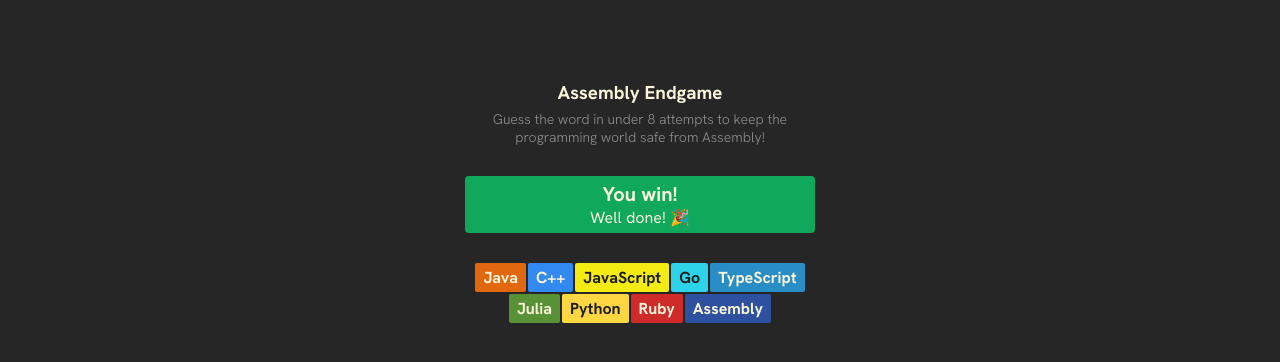
Repository: AchrafAzzaoui/AssemblyEndgame
Page: / (app in assembly-endgame/)
The author's editor kept a copy of each file at every save. The page is drawn from the files as they stood at one save, then again after the next save.
The browser window is 1280 px wide. The pictures show the whole page.
The project was rebuilt for these pictures with package versions that can differ from the ones it lists, and the page was loaded fresh each time. Also part of the build but not shown: assembly-endgame/vite.config.js.

Above is the page before, as saved 2024-12-25 14:36:13.

### assembly-endgame/index.html
<!DOCTYPE html>
<html lang="en">
  <head>
    <meta charset="UTF-8" />
    <link rel="icon" type="image/svg+xml" href="/vite.svg" />
    <meta name="viewport" content="width=device-width, initial-scale=1.0" />
    <link
      href="https://fonts.googleapis.com/css2?family=Hanken+Grotesk:wght@300;400;500;600;700&display=swap"
      rel="stylesheet"
    />
    <title>Assembly Endgame</title>
  </head>
  <body>
    <div id="root"></div>
    <script type="module" src="/src/main.jsx"></script>
  </body>
</html>

### assembly-endgame/src/index.css
* {
  margin: 0;
  padding: 0;
  box-sizing: border-box;
}
body {
  font-family: "Hanken Grotesk", sans-serif;
  background-color: #262626;
  color: #d9d9d9;
  padding: 80px 40px;
  height: 100vh;
  display: flex;
  justify-content: center;
}

header {
  text-align: center;
}

.game-title {
  color: #f9f4da;
}
.game-description {
  margin-top: 5px;
  font-weight: 300;
  color: #8e8e8e;
  font-size: 0.875rem;
  max-width: 350px;
}
.game-description,
.game-title {
  text-align: center;
}

/* status */
.game-status {
  width: 100%;
  max-width: 450px;
  background-color: #10a95b;
  color: #f9f4da;
  display: flex;
  flex-direction: column;
  justify-content: space-evenly;
  align-items: center;
  padding: 5px 20px;
  margin: 20px 0;
  border-radius: 4px;
  margin-block: 30px;
}

.game-status h2 {
  font-size: 1.25rem;
  /* margin: 5px; */
}

/* language tags */
.language-tags-container {
  display: flex;
  justify-content: center;
  flex-wrap: wrap;
  gap: 2px;
  max-width: 350px;
}

.language-tag {
  padding: 0.25rem 0.5rem;
  border-radius: 2px;
}

main {
  width: 100%;
  max-width: 600px;
  display: flex;
  flex-direction: column;
  align-items: center;
}

### assembly-endgame/src/App.jsx
import { useState } from "react";
import Status from "./components/Status.jsx";
import LanguageTags from "./components/LanguageTags.jsx";

export default function App() {
  return (
    <main>
      <header>
        <h3 className="game-title">Assembly Endgame</h3>
        <p className="game-description">
          Guess the word in under 8 attempts to keep the programming world safe
          from Assembly!
        </p>
      </header>
      <Status />
      <LanguageTags />
    </main>
  );
}

### assembly-endgame/src/components/Status.jsx
import { useState } from "react";

export default function Status() {
  return (
    <div className="game-status">
      <h2>You win!</h2>
      <p>Well done! 🎉</p>
    </div>
  );
}

### assembly-endgame/src/components/LanguageTags.jsx
import { useState } from "react";
import { languages } from "../data/languages.js";

export default function LanguageTags() {
  const languageTags = languages.map((language) => {
    const { name, backgroundColor, color } = language;
    return (
      <div
        className="language-tag"
        style={{ backgroundColor: backgroundColor, color: color }}
      >
        <h4>{name}</h4>
      </div>
    );
  });
  return <div className="language-tags-container">{languageTags}</div>;
}

### assembly-endgame/src/data/languages.js
export const languages = [
  {
    name: "Java",
    backgroundColor: "#E2680F",
    color: "#F9F4DA",
  },
  {
    name: "C++",
    backgroundColor: "#328AF1",
    color: "#F9F4DA",
  },
  {
    name: "JavaScript",
    backgroundColor: "#F4EB13",
    color: "#1E1E1E",
  },
  {
    name: "Go",
    backgroundColor: "#2ED3E9",
    color: "#1E1E1E",
  },
  {
    name: "TypeScript",
    backgroundColor: "#298EC6",
    color: "#F9F4DA",
  },
  {
    name: "Julia",
    backgroundColor: "#599137",
    color: "#F9F4DA",
  },
  {
    name: "Python",
    backgroundColor: "#FFD742",
    color: "#1E1E1E",
  },
  {
    name: "Ruby",
    backgroundColor: "#D02B2B",
    color: "#F9F4DA",
  },
  {
    name: "Assembly",
    backgroundColor: "#2D519F",
    color: "#F9F4DA",
  },
];

### assembly-endgame/src/components/WordDisplay.jsx
import { useState } from "react";

export default function WordDisplay() {}

Loaded but not shown: assembly-endgame/src/main.jsx (common file)

After the next save:
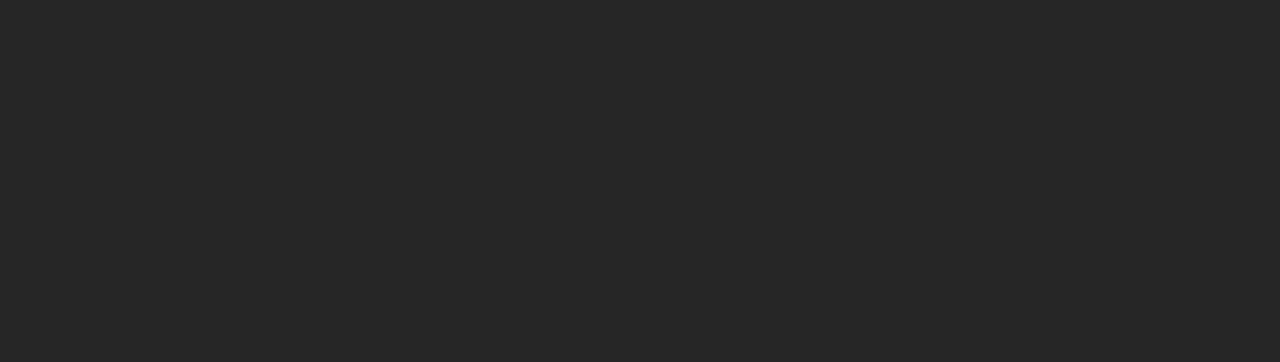
Console error: ReferenceError: WordDisplay is not defined
Saved 54 s later.
--- a/assembly-endgame/src/App.jsx
+++ b/assembly-endgame/src/App.jsx
@@ -3,6 +3,8 @@
 import LanguageTags from "./components/LanguageTags.jsx";
 
 export default function App() {
+  const [currentWord, setcurrentWord] = useState("");
+
   return (
     <main>
       <header>
@@ -14,6 +16,7 @@
       </header>
       <Status />
       <LanguageTags />
+      <WordDisplay currentWord={currentWord} />
     </main>
   );
 }

After the 2 saves that followed:
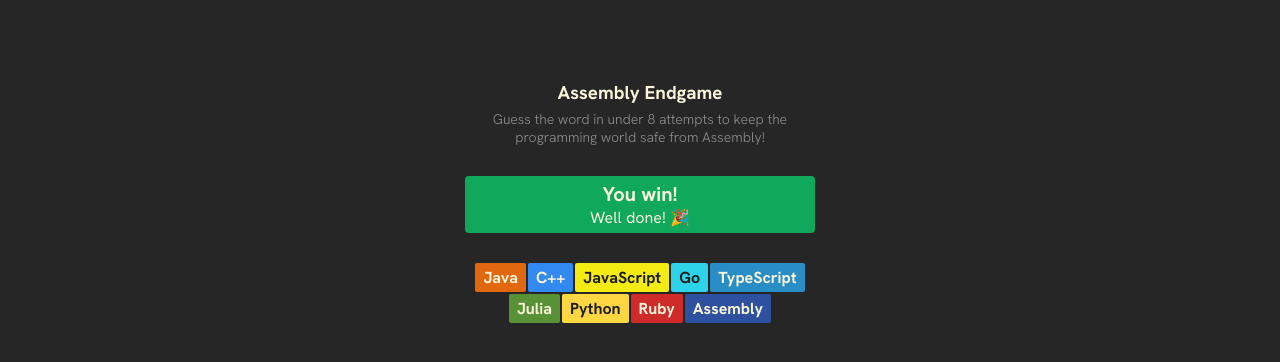
The error is gone.
The 2 saves are shown as one change because 1 left the picture as it was.
The last was saved 38 s later.
--- a/assembly-endgame/src/App.jsx
+++ b/assembly-endgame/src/App.jsx
@@ -1,6 +1,7 @@
 import { useState } from "react";
 import Status from "./components/Status.jsx";
 import LanguageTags from "./components/LanguageTags.jsx";
+import WordDisplay from "./components/WordDisplay.jsx";
 
 export default function App() {
   const [currentWord, setcurrentWord] = useState("");
--- a/assembly-endgame/src/components/WordDisplay.jsx
+++ b/assembly-endgame/src/components/WordDisplay.jsx
@@ -1,3 +1,3 @@
 import { useState } from "react";
 
-export default function WordDisplay() {}
+export default function WordDisplay({ currentWord }) {}
